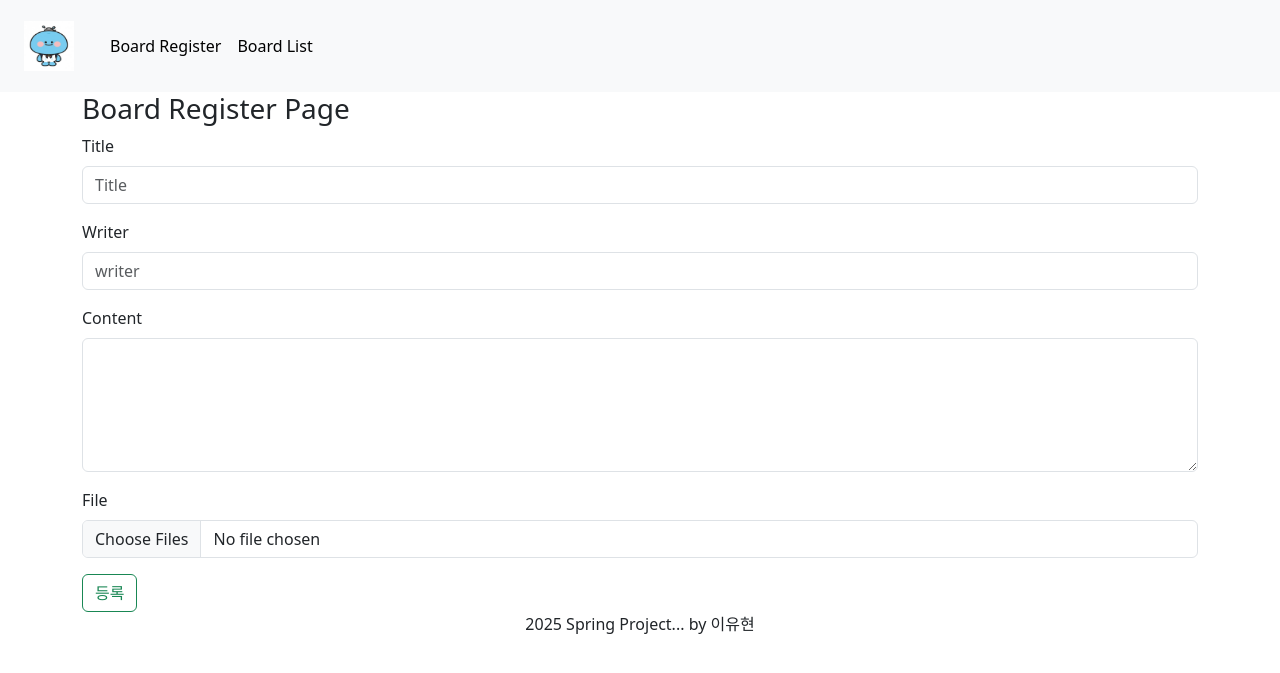
Repository: LeeYouHyeon/6.Spring
Page: http://localhost/spring_project/WEB-INF/views/board/register.jsp
These files come from the project's save history. The page is drawn as it stood at one moment and after the next save; the edit follows.
The browser window is 1280 px wide. The pictures show the whole page.
The page is served by Tomcat 9. Nobody is signed in. Other server files are loaded and not shown. The template is opened directly, without the code that normally fills it, so the values that code supplies are empty.

Above is the page before, as saved 2025-06-05 03:48:18.

### spring_project/src/main/webapp/WEB-INF/views/board/register.jsp
<%@ page language="java" contentType="text/html; charset=UTF-8" pageEncoding="UTF-8"%>
<%@ include file="../layout/header.jsp"%>

<div class="container-md">
	<h3>Board Register Page</h3>

	<form action="/board/insert" method="post">
		<!-- bvo area -->
		<div class="mb-3">
			<label for="exampleFormControlInput1" class="form-label">Title</label>
			<input type="text" class="form-control" id="exampleFormControlInput1" placeholder="Title" name="title" required>
		</div>
		<div class="mb-3">
			<label for="exampleFormControlInput1" class="form-label">Writer</label>
			<input type="text" class="form-control" id="exampleFormControlInput1" placeholder="writer" name="writer" required>
		</div>
		<div class="mb-3">
			<label for="exampleFormControlTextarea1" class="form-label">Content</label>
			<textarea class="form-control" id="exampleFormControlTextarea1" rows="5" name="content" required></textarea>
		</div>

		<!-- file area -->
		<div class="mb-3">
			<label for="file" class="form-label">File</label>
			<input type="file" class="form-control" id="file" name="files" multiple>
		</div>

		<!-- button -->
		<button type="submit" class="btn btn-outline-success">등록</button>
	</form>
</div>

<%@ include file="../layout/footer.jsp"%>

### spring_project/src/main/webapp/WEB-INF/views/layout/header.jsp
<%@ page language="java" contentType="text/html; charset=UTF-8" pageEncoding="UTF-8"%>
<!DOCTYPE html>
<html>
<head>
<meta charset="UTF-8">
<title>Spring Project</title>
<link rel="stylesheet" href="/resources/dist/css/bootstrap.min.css">
<script type="text/javascript" src="/resources/dist/js/bootstrap.bundle.min.js"></script>
</head>
<body>
	<nav class="navbar navbar-expand-lg bg-body-tertiary">
		<div class="container-fluid">
			<nav class="navbar bg-body-tertiary">
				<div class="container">
					<a class="navbar-brand" href="/"> <img src="/resources/image/logo.jpg" alt="Bootstrap" width="50" height="50">
					</a>
				</div>
			</nav>
			<button class="navbar-toggler" type="button" data-bs-toggle="collapse" data-bs-target="#navbarSupportedContent"
				aria-controls="navbarSupportedContent" aria-expanded="false" aria-label="Toggle navigation"
			>
				<span class="navbar-toggler-icon"></span>
			</button>
			<div class="collapse navbar-collapse" id="navbarSupportedContent">
				<ul class="navbar-nav me-auto mb-2 mb-lg-0">
					<li class="nav-item"><a class="nav-link active" aria-current="page" href="/board/register">Board Register</a></li>
					<li class="nav-item"><a class="nav-link active" aria-current="page" href="/board/list">Board List</a></li>
				</ul>
			</div>
		</div>
	</nav>

### spring_project/src/main/webapp/WEB-INF/views/layout/footer.jsp
<%@ page language="java" contentType="text/html; charset=UTF-8"
	pageEncoding="UTF-8"%>

<div class="container-md d-flex justify-content-center">2025 Spring Project... by 이유현</div>
</body>
</html>

Loaded but not shown: spring_project/src/main/webapp/resources/dist/css/bootstrap.min.css (library); spring_project/src/main/webapp/resources/dist/js/bootstrap.bundle.min.js (library)

After the next save:
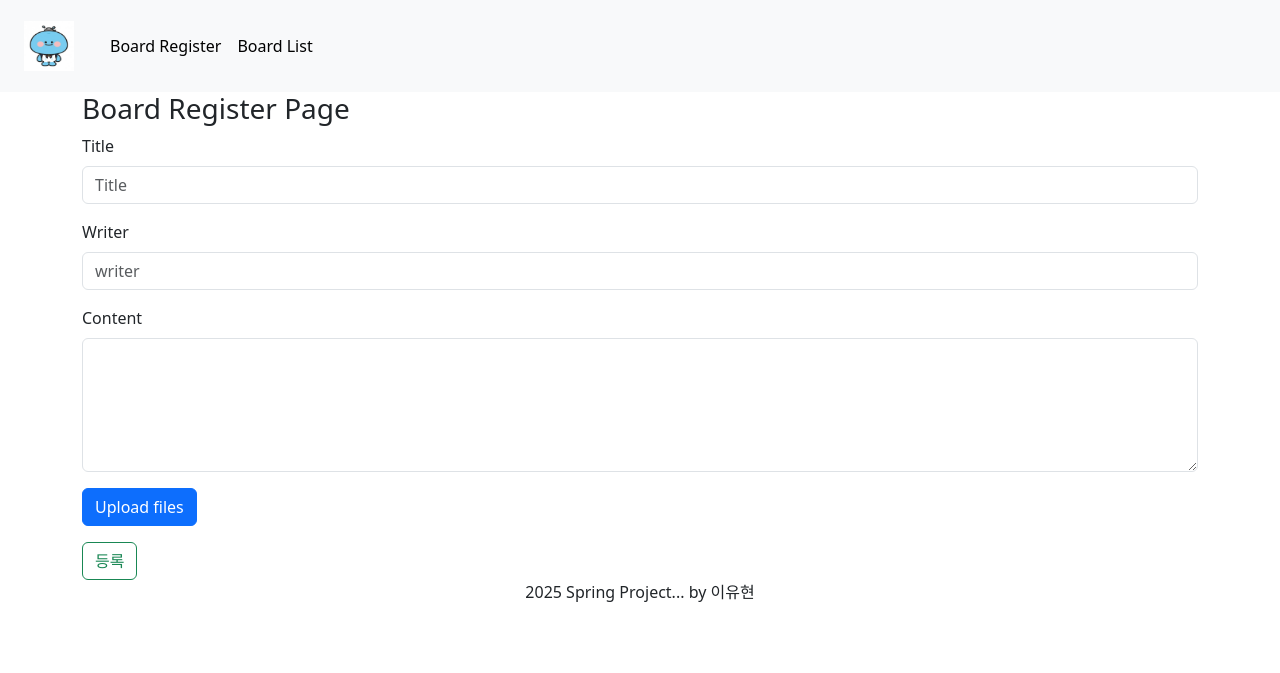
Saved 2 min 16 s later.
--- a/spring_project/src/main/webapp/WEB-INF/views/board/register.jsp
+++ b/spring_project/src/main/webapp/WEB-INF/views/board/register.jsp
@@ -21,8 +21,8 @@
 
 		<!-- file area -->
 		<div class="mb-3">
-			<label for="file" class="form-label">File</label>
-			<input type="file" class="form-control" id="file" name="files" multiple>
+			<input type="file" class="form-control" id="file" name="files" multiple style="display: none">
+			<button type="button" class="btn btn-primary">Upload files</button>
 		</div>
 
 		<!-- button -->
